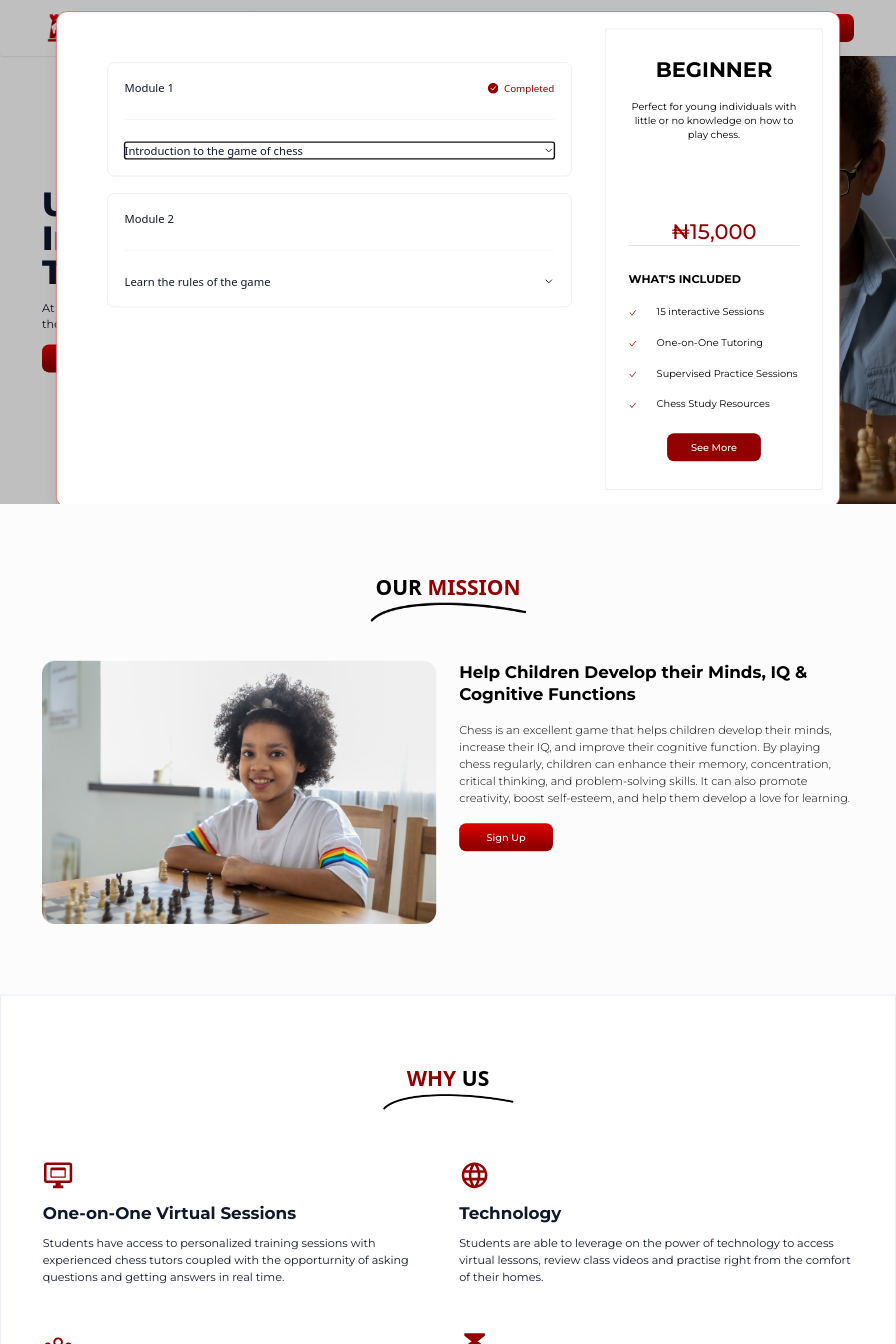
Repository: CelestinaUwajeh/chess-champ-fe
Page: /, after clicking the first element matching `button.w-\[134px\]`
The author's editor kept a copy of each file at every save. The page is drawn from the files as they stood at one save, then again after the next save.
The browser window is 1280 px wide. The pictures show the part of the page from y = 0 to 1920 px (the page is 4303 px tall), at 70% of full size.
The project was rebuilt for these pictures with package versions that can differ from the ones it lists, and the page was loaded fresh each time. The framework's server and built-in components were replaced by stand-ins that run in the browser. Also part of the build but not shown: next.config.js, app/(dashboard)/parent/child/[id]/progress/highlight.tsx, app/(dashboard)/parent/child/[id]/progress/attendance.tsx, components/ui/progress.tsx, app/(dashboard)/parent/child/[id]/progress/percentage.tsx, app/(dashboard)/parent/child/[id]/progress/points.tsx, app/(dashboard)/parent/child/[id]/progress/page.tsx.

Above is the page before, as saved 2023-08-09 22:10:03.

### app/layout.tsx
import "./globals.css";
import "slick-carousel/slick/slick.css";
import "slick-carousel/slick/slick-theme.css";

export const metadata = {
  title: "Chess Champs",
  description: "Learn to play chess",
};

export default function RootLayout({
  children,
}: {
  children: React.ReactNode;
}) {
  return (
    <html lang="en">
      <body>{children}</body>
    </html>
  );
}

### app/(public)/layout.tsx
import Navigator from "./navigator";
import Footer from "./footer";

export const metadata = {
  title: "Chess Champs",
  description: "Learn to play chess",
};

export default function PublicLayout({
  children,
}: {
  children: React.ReactNode;
}) {
  return (
    <main>
      <Navigator />
      {children}
      <Footer />
    </main>
  );
}

### app/(public)/navigator/index.tsx
"use client";

import Image from "next/image";
import Link from "next/link";
import { AiOutlineClose, AiOutlineMenu } from "react-icons/ai";
import { useState } from "react";

import { usePageOnScroll } from "@/hooks/usePageOnScroll";
import logo from "/public/logo.png";
import NavLinks from "./links";
import AppButton from "@/components/button";
import MobileNav from "./mobile-nav";

const Navigator = () => {
  const scrolling = usePageOnScroll();
  const [showMenu, setShowMenu] = useState(false);

  return (
    <nav
      className={`flex justify-between items-center px-3 lg:px-[60px] h-14 rounded bg-white lg:h-20 sticky right-0 left-0 top-0 z-30 ${
        scrolling ? "shadow-lg" : "shadow"
      }`}
    >
      <Link href={"/"}>
        <Image src={logo} alt="AjoCard Logo" className="h-7 w-auto lg:h-auto" />
      </Link>
      <MobileNav showMenu={showMenu} setShowMenu={setShowMenu} />

      <NavLinks />

      <div
        onClick={() => setShowMenu(!showMenu)}
        className="lg:hidden cursor-pointer"
      >
        {!showMenu ? (
          <AiOutlineMenu size="1.5em" />
        ) : (
          <AiOutlineClose size="1.5em" />
        )}
      </div>

      <div className="hidden lg:flex items-center gap-5">
        <Link href={"/signin"} className="text-main no-underline font-medium">
          Login
        </Link>
        <AppButton
          isLink
          to={`/signup`}
          size="medium"
          variant="primary"
          width="w-[97px]"
        >
          Sign Up
        </AppButton>
      </div>
    </nav>
  );
};

export default Navigator;

### app/(public)/footer/index.tsx
"use client";

import React from "react";
import Link from "next/link";

import { navLinks } from "../navigator/links";
import { socials } from "./socials";

const Footer = () => {
  return (
    <footer className=" bg-footerGrey pt-20 pb-9 px-3 lg:px-[60px] font-mont">
      <div className="flex flex-col lg:flex-row lg:items-center justify-between gap-6 lg:gap-0 mb-3">
        <div className="flex-1 grid grid-cols-2 lg:flex items-center gap-6 lg:gap-12">
          {navLinks.map((link) => (
            <Link
              key={link.name}
              href={link.link}
              className="capitalize font-medium hover:text-main transition-all"
            >
              {link.name}
            </Link>
          ))}
        </div>
        <div className="flex items-center gap-12">
          {socials.map((social) => (
            <a key={social.link} href={social.link}>
              {social.icon}
            </a>
          ))}
        </div>
      </div>
      <div className="h-[1px] w-full bg-[#CAC3B3]"></div>
      <div className="flex flex-col 2xl:flex-row mt-20">
        <div className="flex-1 flex justify-center 2xl:justify-start items-center gap-12 text-main">
          <Link href="/terms">Terms of Service</Link>
          <Link href="/terms">Privacy Policy</Link>
        </div>
        <small className="text-sm text-center 2xl:text-start mt-4">
          &copy; {new Date().getFullYear()} Chess Champs. All rights reserved.
        </small>
      </div>
    </footer>
  );
};

export default Footer;

### components/hero/index.tsx
import Image, { StaticImageData } from "next/image";
import AppButton from "../button";

interface PropType {
  data: {
    image: string;
    smImageSrc: StaticImageData;
    header: string;
    description: string;
    link?: {
      href: string;
      text: string;
    };
  };
}

const Hero = ({ data }: PropType) => {
  const {
    image,
    header,
    description,
    smImageSrc,
    link: { href, text } = { href: "", text: "" },
  } = data || {};

  return (
    <section className="">
      <div
        className={`bg-white ${image} hero lg:bg-[length:auto_100%] xl:bg-[length:55%_100%] bg-no-repeat bg-right pt-11 lg:pt-0 lg:h-[calc(100vh-80px)] overflow-hidden`}
      >
        <div className="h-full flex flex-col justify-center lg:max-w-xl xl:max-w-2xl px-3 xl:pr-0 xl:pl-[60px] gap-4 z-20 relative">
          <h1 className="font-mont font-extrabold  text-4xl lg:text-5xl">
            {header}
          </h1>
          <p className="font-mont text-sm lg:text-base">{description}</p>
          {href ? (
            <AppButton
              isLink
              to={href}
              size="medium"
              width="w-[134px]"
              variant="primary"
            >
              {text}
            </AppButton>
          ) : null}
        </div>
      </div>
      <Image
        src={smImageSrc}
        alt="image"
        className=" w-full h-auto lg:hidden"
      />
    </section>
  );
};

export default Hero;

### components/mission-section/index.tsx
import Image, { StaticImageData } from "next/image";
import AppButton from "../button";

interface PropType {
  data: {
    image: StaticImageData;
    header: string;
    text: string[];
    founder?: {
      name: string;
      title: string;
    };
    hasButton?: {
      text: string;
      url: string;
    };
  };
}

const MissionSection = ({
  data: { image, header, text, founder, hasButton },
}: PropType) => {
  return (
    <div className="flex flex-col lg:flex-row gap-8 justify-center">
      <Image src={image} alt="image" className="flex-1" />
      <div className="flex-1">
        <h3 className="font-mont font-semibold text-lg lg:text-2xl mb-6 text-black">
          {header}
        </h3>
        <div className="flex flex-col gap-4 font-mont text-sm lg:text-base">
          {text.map((item, index) => {
            return (
              <p className="font-light text-black" key={index}>
                {item}
              </p>
            );
          })}
        </div>
        <>
          {founder && (
            <p className="mt-6">
              <span className="font-bold font-mont">{founder.name}</span>{" "}
              <span className="font-light">{founder.title}</span>
            </p>
          )}
        </>
        {hasButton && (
          <div className="mt-6">
            <AppButton
              isLink
              size="medium"
              variant="primary"
              width="w-[134px]"
              to={hasButton.url}
            >
              {hasButton.text}
            </AppButton>
          </div>
        )}
      </div>
    </div>
  );
};

export default MissionSection;

### components/page-section_header/index.tsx
import Image, { StaticImageData } from "next/image";
import stroke from "/public/stroke.png";

interface PropType {
  data: {
    leftText: string;
    rightText?: string;
    sideToColor?: "left" | "right";
    strokeWidth?: string;
    extraStyles?: string;
    icon?: StaticImageData;
  };
}

const PageSectionHeader = ({
  data: {
    leftText,
    rightText = "",
    sideToColor = "left",
    strokeWidth = "w-auto",
    extraStyles = "",
    icon,
  },
}: PropType) => {
  return (
    <div
      className={`${extraStyles} flex items-center justify-center flex-col gap-1`}
    >
      <span className="flex items-center text-3xl text-black gap-2 uppercase font-bold">
        {icon ? <Image src={icon} alt={leftText} /> : null}
        <h3 className={`${sideToColor === "left" ? "text-main" : ""}`}>
          {leftText}
        </h3>
        <h3 className={`${sideToColor === "right" ? "text-main" : ""}`}>
          {rightText}
        </h3>
      </span>
      <Image src={stroke} alt="stroke" className={`${strokeWidth}`} />
    </div>
  );
};

export default PageSectionHeader;

### app/(public)/why-it-works.ts
import comp from "/public/comp.svg";
import medal from "/public/medal.svg";
import tech from "/public/tech.svg";
import comm from "/public/comm.svg";
import { ListCarPropType } from "@/components/list-card";

export const whyItWorks: ListCarPropType["data"]["items"] = [
  {
    listType: comp,
    header: "One-on-One Virtual Sessions",
    text: "Students have access to personalized training sessions with experienced chess tutors coupled with the opporturnity of asking questions and getting answers in real time.",
  },
  {
    listType: tech,
    header: "Technology",
    text: "Students are able to leverage on the power of technology to access virtual lessons, review class videos and practise right from the comfort of their homes.",
  },
  {
    listType: comm,
    header: "Community",
    text: "We are building a community where students can interact with one another over agame of chess from the comfort of their homes.",
  },
  {
    listType: medal,
    header: "Tournament",
    text: "Students have the opportunity to showcase their knowledge at the Chess Champs tournament.",
  },
];

### components/testimonial/demo-test.ts
import ngozi from "/public/ngozi.png";
import amaka from "/public/amaka.png";
import { StaticImageData } from "next/image";

export interface TestimonyTypes {
  name: string;
  testimony: string;
  image: StaticImageData;
}

export const testimonies: TestimonyTypes[] = [
  {
    name: "Tobi Oluwaseun",
    testimony:
      "Since i have started my child on chess lessons with Chess Champs, I have noticed a remarkable improvement in my child's level of reasoning. I see the delibrate act of thinking before speaking",
    image: ngozi,
  },
  {
    name: "Thelma Brown",
    testimony:
      "My daughter's level of concentration has greatly improved since enrolling her into the Chess Champs programme",
    image: amaka,
  },
];

### app/(public)/pricing-section.tsx
import PricingCard from "@/components/pricing-card";
import { PricingDto } from "./pricing";

interface PropType {
  data: PricingDto[];
}

const Pricing = ({ data }: PropType) => {
  return (
    <div className="inline-grid grid-cols-3 gap-10 lg:gap-[71px] auto-rows-[1fr]">
      {data.map((pricing) => (
        <div
          className="col-span-3 md:col-span-2 xl:col-span-1"
          key={pricing.name}
        >
          <PricingCard data={pricing} />
        </div>
      ))}
    </div>
  );
};

export default Pricing;

### app/(public)/pricing.ts
export interface PricingDto {
  name: string;
  description: string;
  price: string;
  perks: string[];
  link: string;
}

export const pricing: PricingDto[] = [
  {
    name: "Beginner",
    description:
      "Perfect for young individuals with little or no knowledge on how to play chess.",
    price: "15000",
    perks: [
      "15 interactive Sessions",
      "One-on-One Tutoring",
      "Supervised Practice Sessions",
      "Chess Study Resources",
    ],
    link: "/beginner",
  },
  {
    name: "Intermediate",
    description:
      "Students would be taught key concepts, tactics and forcing moves.",
    price: "25000",
    perks: [
      "20 interactive Sessions",
      "One-on-One Tutoring",
      "Supervised Practice Sessions",
      "Chess Study Resources",
      "Automatic Entry to Annual Tournament",
    ],
    link: "/intermediate",
  },
  {
    name: "Advanced",
    description:
      "Students would be taught how take complete control while playing chess with strategies like key openings, advanced tactics and endgame patterns.",
    price: "30000",
    perks: [
      "20 interactive Sessions",
      "One-on-One Tutoring",
      "Supervised Practice Sessions",
      "Chess Study Resources",
      "Automatic Entry to Annual Tournament",
      "10% discount on purchased chess items",
    ],
    link: "/advanced",
  },
];

### components/testimonial/index.tsx
"use client";

import Slider from "react-slick";
import { useMediaQuery } from "usehooks-ts";

import { TestimonyTypes } from "./demo-test";
import TestimonialCard from "./testimonial-card";

interface PropType {
  data: TestimonyTypes[];
}
const Testimonials = ({ data }: PropType) => {
  const matches = useMediaQuery("(min-width: 768px)");
  const settings = {
    customPaging: function (i: number) {
      return (
        <span>
          <div className="w-5 h-5 bg-lightGrey rounded-full"></div>
        </span>
      );
    },
    dots: true,
    infinite: true,
    speed: 500,
    slidesToShow: matches ? 2 : 1,
    slidesToScroll: 1,
    autoplay: true,
    autoplaySpeed: 2000,
    swipeToSlide: true,
    dotsClass: "slick-dots slick-thumb",
    className: "slick-div",
  };

  return (
    <div className="mt-12 mb-12">
      <Slider {...settings} className="">
        {data.map((testimony) => (
          <TestimonialCard key={testimony.name} data={testimony} />
        ))}
        {data.map((testimony) => (
          <TestimonialCard key={testimony.name} data={testimony} />
        ))}
      </Slider>
    </div>
  );
};

export default Testimonials;

### hooks/usePageOnScroll.ts
import { useScroll, useMotionValueEvent } from "framer-motion";
import { useState } from "react";

export const usePageOnScroll = () => {
  const [onScroll, setOnScroll] = useState(false);

  const { scrollY } = useScroll();

  useMotionValueEvent(scrollY, "change", (latest) => {
    if (onScroll) {
      if (latest > 0) return;
      return setOnScroll(latest > 0);
    }
    setOnScroll(latest > 0);
  });

  return onScroll;
};

### app/(public)/navigator/links.tsx
"use client";

import Link from "next/link";
import { usePathname } from "next/navigation";

export const navLinks = [
  {
    name: "About Us",
    link: "about",
  },
  {
    name: "Services",
    link: "services",
  },
  {
    name: "How it works",
    link: "how-it-works",
  },
  {
    name: "Tutors",
    link: "tutors",
  },
  {
    name: "Call For Sponsors",
    link: "sponsor",
  },
  {
    name: "Chess Items",
    link: "chess-items",
  },
  {
    name: "Contact Us",
    link: "contact-us",
  },
];
const NavLinks = () => {
  const pathname = usePathname();

  return (
    <div className="hidden lg:flex flex-col lg:flex-row items-start lg:items-center justify-center gap-4 lg:gap-8 font-mont">
      {navLinks.map((link) => {
        const isActive = pathname.endsWith(link.link);

        return (
          <Link
            href={link.link}
            key={link.name}
            className={`${
              isActive ? "text-main" : "text-black"
            } no-underline font-medium text-[15px] hover:text-main transition-all`}
          >
            {link.name}
          </Link>
        );
      })}
    </div>
  );
};

export default NavLinks;

### app/(public)/footer/socials.tsx
import { FiFacebook, FiTwitter, FiInstagram } from "react-icons/fi";

export const socials = [
  {
    link: "https://facebook.com",
    icon: <FiFacebook className="text-main w-6 h-auto" />,
  },
  {
    link: "https://instagram.com",
    icon: <FiInstagram className="text-main w-6 h-auto" />,
  },
  {
    link: "https://twitter.com",
    icon: <FiTwitter className="text-main w-6 h-auto" />,
  },
];

### components/testimonial/testimonial-card.tsx
import Image from "next/image";
import { TestimonyTypes } from "./demo-test";
import { Avatar, AvatarFallback } from "@/components/ui/avatar";

interface PropTypes {
  data: TestimonyTypes;
}

const TestimonialCard = ({ data }: PropTypes) => {
  const { image, name, testimony } = data || {};
  return (
    <div className="rounded-[20px] p-7 bg-lightGrey mx-3 min-h-[180px]">
      <span className="flex gap-4 items-center">
        <Avatar>
          <Image src={image} alt={"img"} />
          <AvatarFallback>{`${name[0]}`}</AvatarFallback>
        </Avatar>
        <span className="font-semibold">{name}</span>
      </span>
      <span className="mt-3">{testimony}</span>
    </div>
  );
};

export default TestimonialCard;

### utils/index.ts
import { toast } from "react-toastify";

export const formatCurrency = (
  number: number,
  { noDecimals }: { noDecimals: boolean }
) =>
  new Intl.NumberFormat("en-NG", {
    style: "currency",
    currency: "NGN",
    ...(noDecimals && { maximumFractionDigits: 0 }),
  }).format(number);

export const showToast = ({
  message,
  type,
}: {
  message: string;
  type: "error" | "success" | "warning" | "info" | "default" | "loading";
}) => {
  toast(message, {
    position: "top-right",
    autoClose: 5000,
    hideProgressBar: false,
    closeOnClick: true,
    pauseOnHover: true,
    draggable: true,
    progress: undefined,
    theme: "colored",
    type: type !== "loading" ? type : "default",
  });
};

### components/pricing-card/modal-content.tsx
import Module from "@/app/(dashboard)/parent/child/[id]/progress/module";
import { modules } from "@/app/(dashboard)/parent/child/[id]/progress/page";
import { PricingDto } from "@/app/(public)/pricing";
import PricingCard from ".";

interface PropType {
  data: PricingDto;
}

const ModalContent = ({ data }: PropType) => {
  return (
    <div className="flex w-full">
      <div className="flex-1">
        <Module modules={modules} />
      </div>
      <div className="w-[310px] border">
        <PricingCard isModal data={data} />
      </div>
    </div>
  );
};

export default ModalContent;

### components/dialogue/index.tsx
import { Dialog, Transition } from "@headlessui/react";
import { Fragment, useState } from "react";

interface IPropType {
  open: boolean;
  setOpen: (value: boolean) => void;
  children: React.ReactNode;
  displayCloseIcon?: boolean;
  isOverlayActive?: boolean;
}

export default function Dialogue({
  open,
  setOpen,
  children,
  displayCloseIcon,
  isOverlayActive,
}: IPropType) {
  return (
    <Transition appear show={open} as={Fragment}>
      <Dialog as="div" className="relative z-50" onClose={setOpen}>
        <Transition.Child
          as={Fragment}
          enter="ease-out duration-300"
          enterFrom="opacity-0"
          enterTo="opacity-100"
          leave="ease-in duration-200"
          leaveFrom="opacity-100"
          leaveTo="opacity-0"
        >
          <div className="fixed inset-0 bg-black bg-opacity-25" />
        </Transition.Child>
        <div className="fixed inset-0 overflow-y-auto">
          <div className="flex min-h-full items-center justify-center p-4 text-center">
            <Transition.Child
              as={Fragment}
              enter="ease-out duration-300"
              enterFrom="opacity-0 scale-95"
              enterTo="opacity-100 scale-100"
              leave="ease-in duration-200"
              leaveFrom="opacity-100 scale-100"
              leaveTo="opacity-0 scale-95"
            >
              <Dialog.Panel className="min-w-[1120px] max-w-md transform overflow-hidden rounded-2xl bg-white p-6 text-left align-middle shadow-xl transition-all border border-red-500 border-solid">
                {children}
              </Dialog.Panel>
            </Transition.Child>
          </div>
        </div>
      </Dialog>
    </Transition>
  );
}

### components/ui/avatar.tsx
"use client";

import * as React from "react";
import * as AvatarPrimitive from "@radix-ui/react-avatar";

import { cn } from "@/lib/utils";

const Avatar = React.forwardRef<
  React.ElementRef<typeof AvatarPrimitive.Root>,
  React.ComponentPropsWithoutRef<typeof AvatarPrimitive.Root>
>(({ className, ...props }, ref) => (
  <AvatarPrimitive.Root
    ref={ref}
    className={cn(
      "relative flex h-10 w-10 shrink-0 overflow-hidden rounded-full",
      className
    )}
    {...props}
  />
));
Avatar.displayName = AvatarPrimitive.Root.displayName;

const AvatarImage = React.forwardRef<
  React.ElementRef<typeof AvatarPrimitive.Image>,
  React.ComponentPropsWithoutRef<typeof AvatarPrimitive.Image>
>(({ className, ...props }, ref) => (
  <AvatarPrimitive.Image
    ref={ref}
    className={cn("aspect-square h-full w-full", className)}
    {...props}
  />
));
AvatarImage.displayName = AvatarPrimitive.Image.displayName;

const AvatarFallback = React.forwardRef<
  React.ElementRef<typeof AvatarPrimitive.Fallback>,
  React.ComponentPropsWithoutRef<typeof AvatarPrimitive.Fallback>
>(({ className, ...props }, ref) => (
  <AvatarPrimitive.Fallback
    ref={ref}
    className={cn(
      "flex h-full w-full items-center justify-center rounded-full bg-muted",
      className
    )}
    {...props}
  />
));
AvatarFallback.displayName = AvatarPrimitive.Fallback.displayName;

export { Avatar, AvatarImage, AvatarFallback };

Loaded but not shown: lib/utils.ts (common file); tailwind.config.js (96 lines, source omitted); app/(public)/page.tsx (102 lines, source omitted); components/button/index.tsx (132 lines, source omitted); components/pricing-card/index.tsx (73 lines, source omitted); app/globals.css (120 lines, source omitted); components/ui/accordion.tsx (56 lines, source omitted); app/(public)/navigator/mobile-nav.tsx (68 lines, source omitted); app/(dashboard)/parent/child/[id]/progress/module.tsx (62 lines, source omitted); components/list-card/index.tsx (67 lines, source omitted)

After the next save:
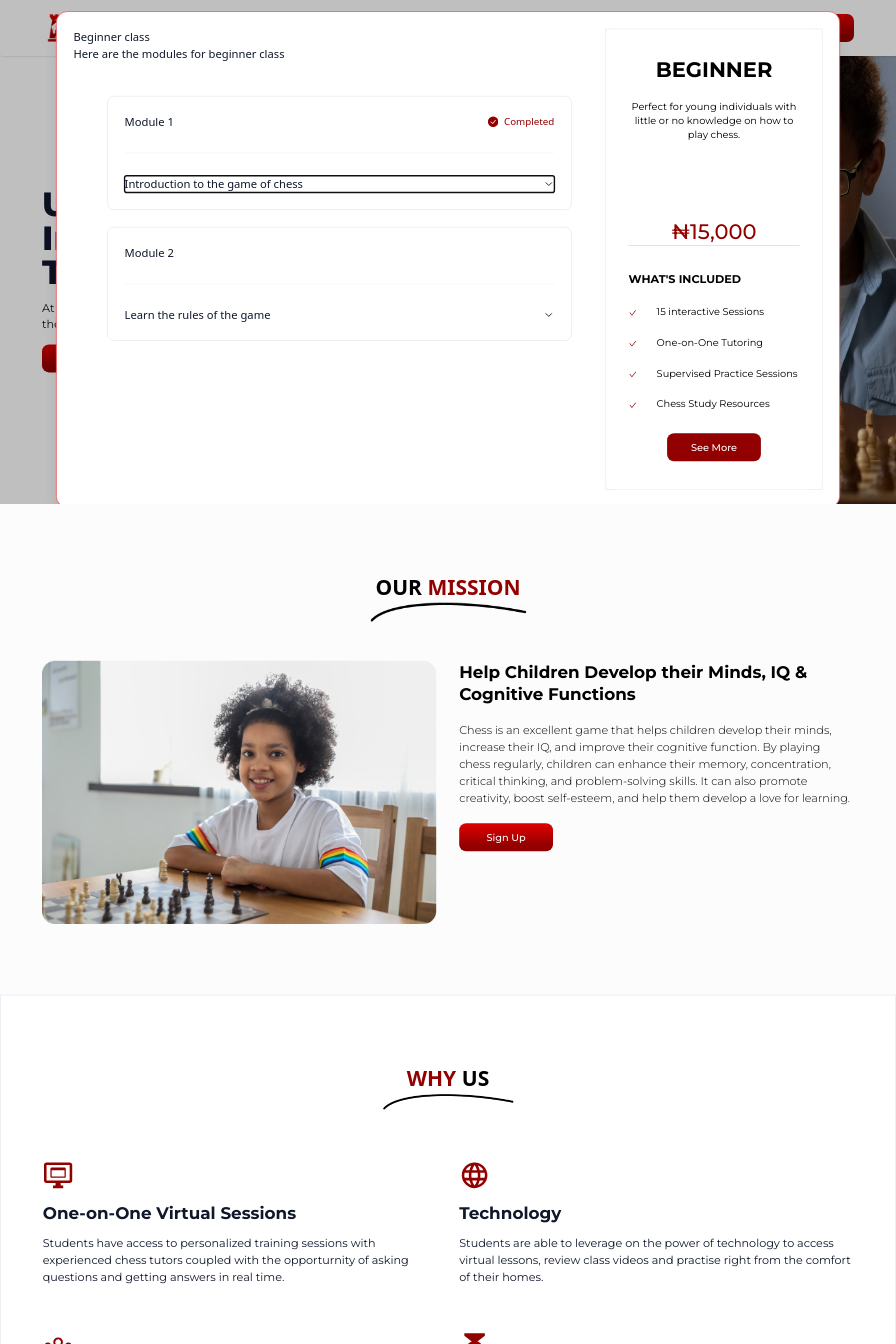
Saved 3 min 12 s later.
--- a/components/pricing-card/modal-content.tsx
+++ b/components/pricing-card/modal-content.tsx
@@ -11,6 +11,8 @@ const ModalContent = ({ data }: PropType) => {
   return (
     <div className="flex w-full">
       <div className="flex-1">
+        <p>Beginner class</p>
+        <p>Here are the modules for beginner class</p>
         <Module modules={modules} />
       </div>
       <div className="w-[310px] border">
